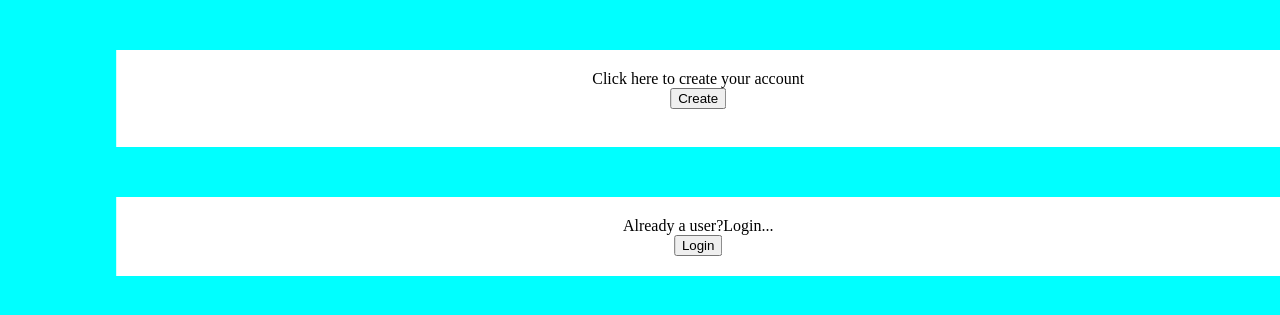
Repository: rosikraj/TurbifyTraining
Page: Wallet/WebContent/button.html
These files come from the project's save history. The page is drawn as it stood at one moment and after the next save; the edit follows.
The browser window is 1280 px wide. The pictures show the whole page.

Above is the page before, as saved 2023-09-24 05:54:48.

### Wallet/WebContent/button.html
<!DOCTYPE html>
<html>
<head>
<meta charset="ISO-8859-1">
<title>Insert title here</title>
<script type="text/javascript">
        window.history.forward();
        function noBack() {
            window.history.forward();
        }
    </script>
<style>
    	form{
    		background-color:white;
    		align:center;
    		display:block;
    		margin:50px;
    		padding:20px;
    		transform:translateX(5%);
    	}
    </style>
</head>
<body bgcolor="cyan" text="black">
<center>
<form method="post" action="create.jsp">
Click here to create your account<br>
<input type="submit" name="create" value="Create"><br><br>
</form>
<form method="post" action="login.jsp">
Already a user?Login...<br>
<input type="submit" name="login" value="Login">
</form>
</center>
</body>
</html>

After the next save:
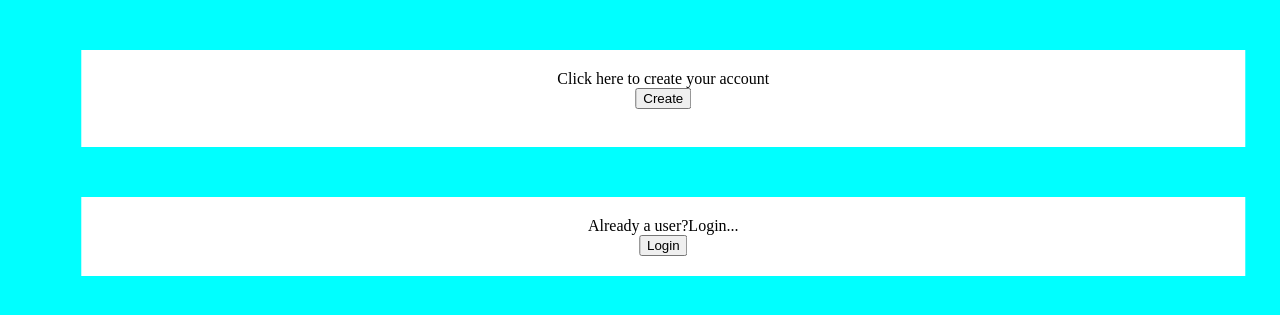
Saved 17 s later.
--- a/Wallet/WebContent/button.html
+++ b/Wallet/WebContent/button.html
@@ -16,7 +16,7 @@
     		display:block;
     		margin:50px;
     		padding:20px;
-    		transform:translateX(5%);
+    		transform:translateX(2%);
     	}
     </style>
 </head>
